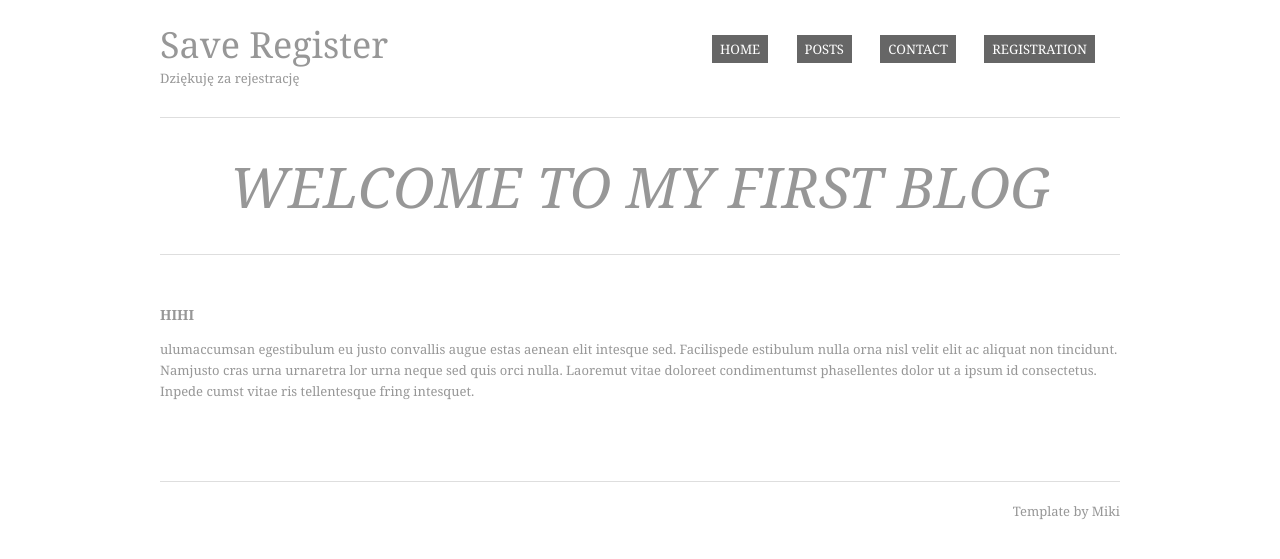
Repository: AnnaPolatynska/SpringCwiczenia
Page: http://localhost/saveRegister
An editor plug-in stored every save of this project. The page is shown before and after the next save, followed by the edit.
The browser window is 1280 px wide. The pictures show the whole page.
The page is this project's Thymeleaf template; nobody is signed in. The template is opened directly, without the code that normally fills it, so the values that code supplies are empty.

Above is the page before, as saved 2017-08-30 10:08:50.

After the next save:
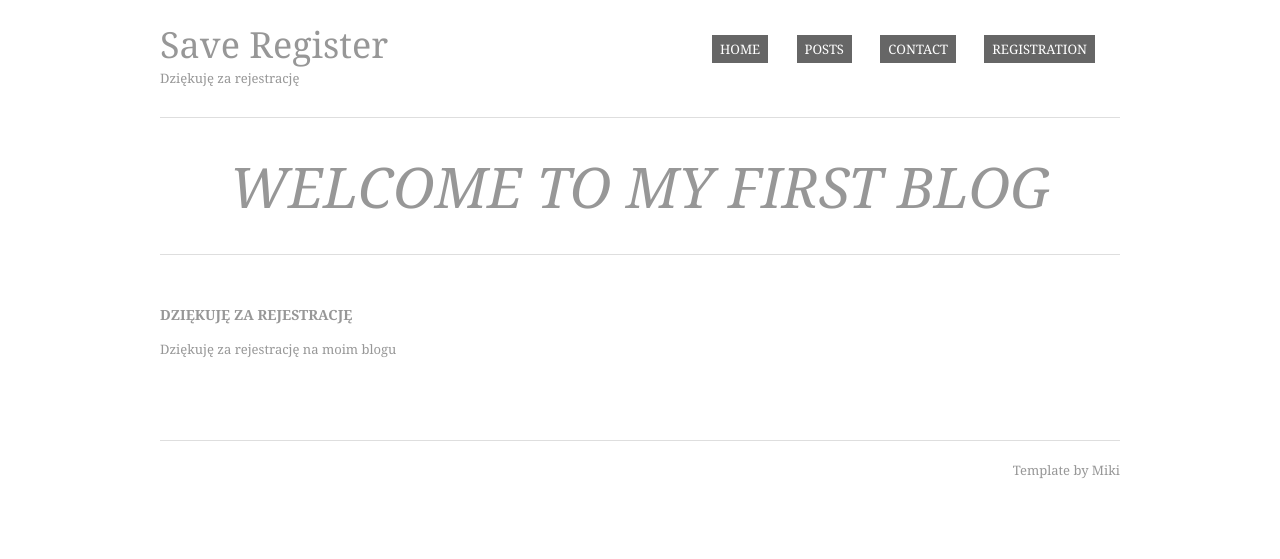
Saved 105 s later.
--- a/D-MVC-JAR/src/main/resources/templates/saveRegister.html
+++ b/D-MVC-JAR/src/main/resources/templates/saveRegister.html
@@ -33,8 +33,8 @@
     <section id="services" class="clear">
       <!-- article 1 -->
       <article>
-        <h2>HiHi</h2>
-        <p>ulumaccumsan egestibulum eu justo convallis augue estas aenean elit intesque sed. Facilispede estibulum nulla orna nisl velit elit ac aliquat non tincidunt. Namjusto cras urna urnaretra lor urna neque sed quis orci nulla. Laoremut vitae doloreet condimentumst phasellentes dolor ut a ipsum id consectetus. Inpede cumst vitae ris tellentesque fring intesquet.</p>
+        <h2>Dziękuję za rejestrację</h2>
+        <p>Dziękuję za rejestrację na moim blogu</p>
         <!-- <footer class="more"><a href="#">Read More &raquo;</a></footer> -->
       </article>
     </section>
